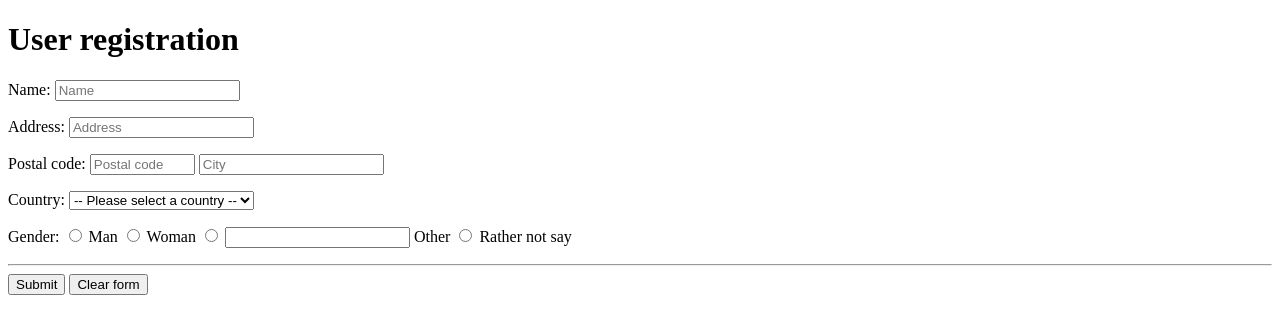
Repository: Filip-Husic/AW_frontend
Page: ex3Forms.html
These files come from the project's save history. The page is drawn as it stood at one moment and after a run of saves; the edit follows.
The browser window is 1280 px wide. The pictures show the whole page.

Above is the page before, as saved 2022-11-23 11:54:18.

### ex3Forms.html
<!DOCTYPE html>
<html lang="en">

<head>
    <meta charset="UTF-8">
    <meta http-equiv="X-UA-Compatible" content="IE=edge">
    <meta name="viewport" content="width=device-width, initial-scale=1.0">
    <title>HTML - Forms</title>
</head>

<body>
    <h1>User registration</h1>
    <form action="process.php">
        <p>
            <label for="name">Name:</label>
            <input type="text" id="name" name="name" maxlength="80" placeholder="Name" required>
        </p>
        <p>
            <label for="address">Address:</label>
            <input type="text" id="address" name="address" maxlength="80" placeholder="Address" required>
        </p>
        <p>
            <label for="pc">Postal code:</label>
            <input type="text" id="pc" name="pc" size="10" maxlength="10" placeholder="Postal code" required>
            <input type="text" id="pc_city" name="pc_city" size="20" maxlength="20" placeholder="City" required>
        </p>
        <p>
            <label for="country">Country:</label>
            <select name="country" id="country">
                <option value="">-- Please select a country --</option>
                <option value="hr">Croatia</option>
                <option value="pt">Portugal</option>
                <option value="sk">Slovakia</option>
                <option value="it">Italy</option>
            </select>
        </p>
        <p>
            Gender:
            <input type="radio" name="gender" id="man">
            <label for="man">Man</label>
            <input type="radio" name="gender" id="woman">
            <label for="woman">Woman</label>
            <input type="radio" name="gender" id="other">
            <input type="text" id="other">
            <label for="other">Other</label>
            <input type="radio" name="gender" id="none">
            <label for="none">Rather not say</label>
        </p>
        <hr>
        <button type="submit">Submit</button>
        <button type="reset">Clear form</button>
    </form>
    <script>
        document.getElementById("other").onclick=function() {
            document.getElementById("other").disabled=true;
            document.getElementById("other").value="";
        }
    </script>
</body>

</html>

After the next 2 saves:
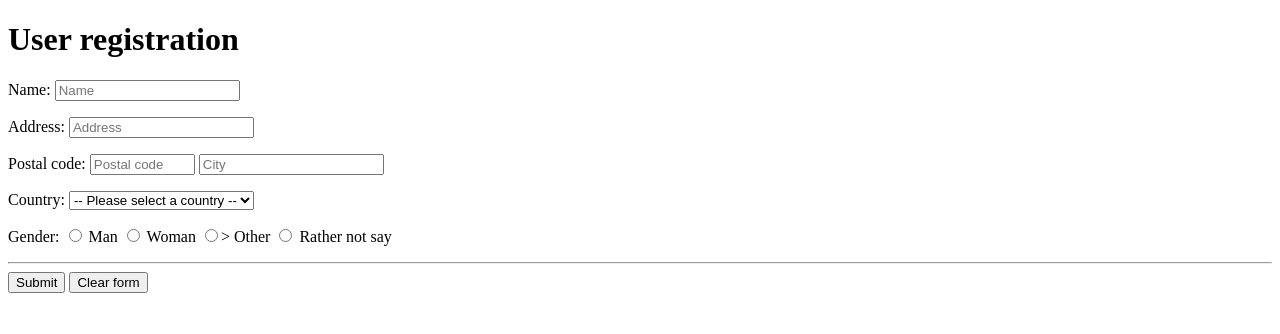
The 2 saves are shown as one change because they came seconds apart.
The last was saved 9 s later.
--- a/ex3Forms.html
+++ b/ex3Forms.html
@@ -40,8 +40,8 @@
             <label for="man">Man</label>
             <input type="radio" name="gender" id="woman">
             <label for="woman">Woman</label>
-            <input type="radio" name="gender" id="other">
-            <input type="text" id="other">
+            <input type="radio" name="gender" id="other"<input type="text" id="other">>
+
             <label for="other">Other</label>
             <input type="radio" name="gender" id="none">
             <label for="none">Rather not say</label>
